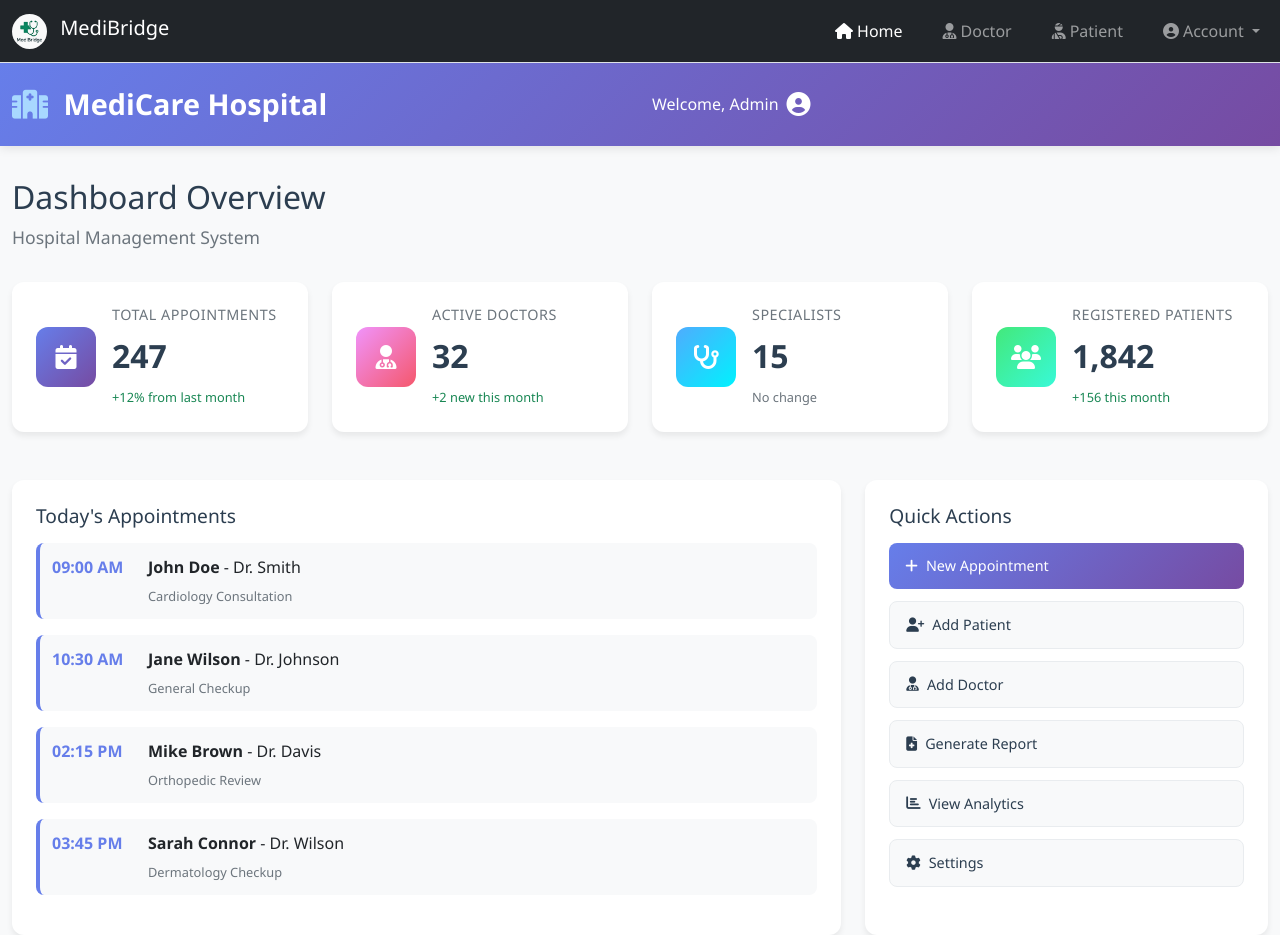
Repository: Abhinavan2004/MediBridge-hms
Page: http://localhost/Hospital_Management_System/admin/index.jsp
The author's editor kept a copy of each file at every save. The page is drawn from the files as they stood at one save, then again after the next save.
The browser window is 1280 px wide. The pictures show the whole page.
The page is served by Tomcat 9. Nobody is signed in. The application's start-up code is not run. Other server files are loaded and not shown.

Above is the page before, as saved 2025-07-20 21:08:33.

### Hospital_Management_System/src/main/webapp/admin/index.jsp
<%@ page language="java" contentType="text/html; charset=UTF-8"
    pageEncoding="UTF-8"%>
<!DOCTYPE html>
<html>
<head>
<meta charset="UTF-8">
<title>Insert title here</title>
</head>
<body>
<%@ include file="navbar.jsp" %>

    <style>
        body {
            background-color: #f8f9fa;
            font-family: 'Segoe UI', Tahoma, Geneva, Verdana, sans-serif;
        }

        .dashboard-header {
            background: linear-gradient(135deg, #667eea 0%, #764ba2 100%);
            color: white;
            padding: 1.5rem 0;
            box-shadow: 0 2px 10px rgba(0,0,0,0.1);
        }

        .dashboard-header h1 {
            font-size: 1.8rem;
            font-weight: 600;
            margin: 0;
        }

        .dashboard-header .fa-hospital {
            color: #a8d8ff;
            margin-right: 0.5rem;
        }

        .user-info {
            display: flex;
            align-items: center;
            gap: 0.5rem;
        }

        .user-info .fa-user-circle {
            font-size: 1.5rem;
        }

        .dashboard-title {
            margin-bottom: 2rem;
            margin-top: 2rem;
        }

        .dashboard-title h2 {
            color: #2c3e50;
            font-size: 2rem;
            margin-bottom: 0.5rem;
        }

        .dashboard-title p {
            color: #6c757d;
            font-size: 1.1rem;
        }

        .stat-card {
            background: white;
            border-radius: 12px;
            padding: 1.5rem;
            box-shadow: 0 4px 6px rgba(0,0,0,0.07);
            border: none;
            transition: transform 0.2s ease, box-shadow 0.2s ease;
            height: 100%;
        }

        .stat-card:hover {
            transform: translateY(-2px);
            box-shadow: 0 8px 15px rgba(0,0,0,0.1);
        }

        .stat-card-content {
            display: flex;
            align-items: center;
            gap: 1rem;
        }

        .stat-icon {
            width: 60px;
            height: 60px;
            border-radius: 12px;
            display: flex;
            align-items: center;
            justify-content: center;
            font-size: 1.5rem;
            color: white;
        }

        .appointments .stat-icon {
            background: linear-gradient(135deg, #667eea, #764ba2);
        }

        .doctors .stat-icon {
            background: linear-gradient(135deg, #f093fb, #f5576c);
        }

        .specialists .stat-icon {
            background: linear-gradient(135deg, #4facfe, #00f2fe);
        }

        .patients .stat-icon {
            background: linear-gradient(135deg, #43e97b, #38f9d7);
        }

        .stat-info h3 {
            font-size: 0.9rem;
            color: #6c757d;
            margin-bottom: 0.5rem;
            font-weight: 500;
            text-transform: uppercase;
            letter-spacing: 0.5px;
        }

        .stat-number {
            font-size: 2rem;
            font-weight: bold;
            color: #2c3e50;
            margin-bottom: 0.3rem;
        }

        .stat-change {
            font-size: 0.8rem;
            font-weight: 500;
        }

        .stat-change.positive {
            color: #198754;
        }

        .stat-change.negative {
            color: #dc3545;
        }

        .stat-change.neutral {
            color: #6c757d;
        }

        .dashboard-section {
            background: white;
            border-radius: 12px;
            padding: 1.5rem;
            box-shadow: 0 4px 6px rgba(0,0,0,0.07);
            height: 100%;
        }

        .dashboard-section h3 {
            color: #2c3e50;
            margin-bottom: 1rem;
            font-size: 1.2rem;
        }

        .appointment-item {
            display: flex;
            gap: 1rem;
            padding: 0.75rem;
            background: #f8f9fa;
            border-radius: 8px;
            border-left: 4px solid #667eea;
            margin-bottom: 1rem;
        }

        .appointment-time {
            font-weight: bold;
            color: #667eea;
            min-width: 80px;
        }

        .appointment-details p {
            margin-bottom: 0.25rem;
        }

        .appointment-details small {
            color: #6c757d;
        }

        .action-btn {
            display: flex;
            align-items: center;
            gap: 0.5rem;
            padding: 0.75rem 1rem;
            border: none;
            border-radius: 8px;
            cursor: pointer;
            font-size: 0.9rem;
            font-weight: 500;
            transition: all 0.2s ease;
            width: 100%;
            text-align: left;
            margin-bottom: 0.75rem;
        }

        .action-btn.primary {
            background: linear-gradient(135deg, #667eea, #764ba2);
            color: white;
        }

        .action-btn.primary:hover {
            transform: translateY(-1px);
            box-shadow: 0 4px 8px rgba(102, 126, 234, 0.3);
            color: white;
        }

        .action-btn.secondary {
            background: #f8f9fa;
            color: #2c3e50;
            border: 1px solid #e9ecef;
        }

        .action-btn.secondary:hover {
            background: #e9ecef;
            transform: translateY(-1px);
            color: #2c3e50;
        }

        @media (max-width: 768px) {
            .dashboard-title h2 {
                font-size: 1.5rem;
            }

            .stat-number {
                font-size: 1.5rem;
            }

            .appointment-item {
                flex-direction: column;
                gap: 0.5rem;
            }

            .appointment-time {
                min-width: auto;
            }
        }

        @media (max-width: 576px) {
            .stat-card-content {
                flex-direction: column;
                text-align: center;
            }
        }
    </style>
</head>
<body>
    <!-- Header -->
    <header class="dashboard-header">
        <div class="container">
            <div class="row align-items-center">
                <div class="col-md-6">
                    <h1><i class="fas fa-hospital"></i> MediCare Hospital</h1>
                </div>
                <div class="col-md-6 text-md-end">
                    <div class="user-info">
                        <span>Welcome, Admin</span>
                        <i class="fas fa-user-circle"></i>
                    </div>
                </div>
            </div>
        </div>
    </header>

    <!-- Main Dashboard Content -->
    <div class="container">
        <!-- Dashboard Title -->
        <div class="dashboard-title">
            <h2>Dashboard Overview</h2>
            <p>Hospital Management System</p>
        </div>

        <!-- Stats Cards -->
        <div class="row g-4 mb-5">
            <div class="col-xl-3 col-lg-6 col-md-6">
                <div class="card stat-card appointments">
                    <div class="card-body p-0">
                        <div class="stat-card-content">
                            <div class="stat-icon">
                                <i class="fas fa-calendar-check"></i>
                            </div>
                            <div class="stat-info">
                                <h3>Total Appointments</h3>
                                <p class="stat-number">247</p>
                                <span class="stat-change positive">+12% from last month</span>
                            </div>
                        </div>
                    </div>
                </div>
            </div>

            <div class="col-xl-3 col-lg-6 col-md-6">
                <div class="card stat-card doctors">
                    <div class="card-body p-0">
                        <div class="stat-card-content">
                            <div class="stat-icon">
                                <i class="fas fa-user-md"></i>
                            </div>
                            <div class="stat-info">
                                <h3>Active Doctors</h3>
                                <p class="stat-number">32</p>
                                <span class="stat-change positive">+2 new this month</span>
                            </div>
                        </div>
                    </div>
                </div>
            </div>

            <div class="col-xl-3 col-lg-6 col-md-6">
                <div class="card stat-card specialists">
                    <div class="card-body p-0">
                        <div class="stat-card-content">
                            <div class="stat-icon">
                                <i class="fas fa-stethoscope"></i>
                            </div>
                            <div class="stat-info">
                                <h3>Specialists</h3>
                                <p class="stat-number">15</p>
                                <span class="stat-change neutral">No change</span>
                            </div>
                        </div>
                    </div>
                </div>
            </div>

            <div class="col-xl-3 col-lg-6 col-md-6">
                <div class="card stat-card patients">
                    <div class="card-body p-0">
                        <div class="stat-card-content">
                            <div class="stat-icon">
                                <i class="fas fa-users"></i>
                            </div>
                            <div class="stat-info">
                                <h3>Registered Patients</h3>
                                <p class="stat-number">1,842</p>
                                <span class="stat-change positive">+156 this month</span>
                            </div>
                        </div>
                    </div>
                </div>
            </div>
        </div>

        <!-- Additional Dashboard Elements -->
        <div class="row g-4">
            <div class="col-lg-8">
                <div class="dashboard-section">
                    <h3>Today's Appointments</h3>
                    <div class="appointment-list">
                        <div class="appointment-item">
                            <div class="appointment-time">09:00 AM</div>
                            <div class="appointment-details">
                                <p><strong>John Doe</strong> - Dr. Smith</p>
                                <small>Cardiology Consultation</small>
                            </div>
                        </div>
                        <div class="appointment-item">
                            <div class="appointment-time">10:30 AM</div>
                            <div class="appointment-details">
                                <p><strong>Jane Wilson</strong> - Dr. Johnson</p>
                                <small>General Checkup</small>
                            </div>
                        </div>
                        <div class="appointment-item">
                            <div class="appointment-time">02:15 PM</div>
                            <div class="appointment-details">
                                <p><strong>Mike Brown</strong> - Dr. Davis</p>
                                <small>Orthopedic Review</small>
                            </div>
                        </div>
                        <div class="appointment-item">
                            <div class="appointment-time">03:45 PM</div>
                            <div class="appointment-details">
                                <p><strong>Sarah Connor</strong> - Dr. Wilson</p>
                                <small>Dermatology Checkup</small>
                            </div>
                        </div>
                    </div>
                </div>
            </div>

            <div class="col-lg-4">
                <div class="dashboard-section">
                    <h3>Quick Actions</h3>
                    <div class="quick-actions">
                        <button class="btn action-btn primary">
                            <i class="fas fa-plus"></i>
                            New Appointment
                        </button>
                        <button class="btn action-btn secondary">
                            <i class="fas fa-user-plus"></i>
                            Add Patient
                        </button>
                        <button class="btn action-btn secondary">
                            <i class="fas fa-user-md"></i>
                            Add Doctor
                        </button>
                        <button class="btn action-btn secondary">
                            <i class="fas fa-file-medical"></i>
                            Generate Report
                        </button>
                        <button class="btn action-btn secondary">
                            <i class="fas fa-chart-bar"></i>
                            View Analytics
                        </button>
                        <button class="btn action-btn secondary">
                            <i class="fas fa-cog"></i>
                            Settings
                        </button>
                    </div>
                </div>
            </div>
        </div>
    </div>



</html>

### Hospital_Management_System/src/main/webapp/admin/navbar.jsp
<!DOCTYPE html>
<html lang="en">
<head>
<meta charset="UTF-8">
<meta name="viewport" content="width=device-width, initial-scale=1.0">
<title>MediBridge :Administrator</title>
<!-- Include CDN links from external file -->
<%@ include file="../components/cdn-links.jsp" %>
</head>
<body>

<nav class="navbar navbar-expand-lg navbar-dark bg-dark border-bottom">
<div class="container-fluid">
<a class="navbar-brand" href="index.jsp">
<img src="../assets/logo.png" alt="Logo" width="35" height="40" class="d-inline-block align-text-top me-2 rounded-circle"
onerror="this.style.display='none'">
MediBridge
</a>

<!-- Navbar toggler  for mobile -->
<button class="navbar-toggler" type="button" data-bs-toggle="collapse" data-bs-target="#navbarNavDropdown" aria-controls="navbarNavDropdown" aria-expanded="false" aria-label="Toggle navigation">
<span class="navbar-toggler-icon"></span>
</button>

<div class="collapse navbar-collapse" id="navbarNavDropdown">
<ul class="navbar-nav ms-auto">
<li class="nav-item me-4">
<a class="nav-link active" aria-current="page" href="../index.jsp">
<i class="fa-solid fa-home me-1"></i>Home
</a>
</li>
<li class="nav-item me-4">
<a class="nav-link" href="#">
<i class="fa-solid fa-user-doctor me-1"></i>Doctor
</a>
</li>
<li class="nav-item me-4">
<a class="nav-link" href="#">
<i class="fa-solid fa-user-injured me-1"></i>Patient
</a>
</li>
<li class="nav-item dropdown">
<a class="nav-link dropdown-toggle" href="#" id="navbarDropdownMenuLink" role="button" data-bs-toggle="dropdown" aria-expanded="false">
<i class="fa-solid fa-user-circle me-1"></i>Account
</a>
<ul class="dropdown-menu dropdown-menu-end" aria-labelledby="navbarDropdownMenuLink">
<li><a class="dropdown-item" href="profile.jsp">
<i class="fa-solid fa-user me-2"></i>Profile
</a></li>
<li><hr class="dropdown-divider"></li>
<li><a class="dropdown-item" href="logout.jsp">
<i class="fa-solid fa-sign-out-alt me-2"></i>Logout
</a></li>
</ul>
</li>
</ul>
</div>
</div>
</nav>

<!-- Scripts are included in CDN file -->
</body>
</html>

### Hospital_Management_System/src/main/webapp/components/cdn-links.jsp
<!-- CDN Links File - Include this in your HTML files -->

<!-- Bootstrap CSS -->
<link href="https://cdn.jsdelivr.net/npm/bootstrap@5.3.0/dist/css/bootstrap.min.css" rel="stylesheet">

<!-- Tailwind CSS -->
<link href="https://cdn.jsdelivr.net/npm/tailwindcss@2.2.19/dist/tailwind.min.css" rel="stylesheet">

<!-- Font Awesome -->
<link rel="stylesheet" href="https://cdnjs.cloudflare.com/ajax/libs/font-awesome/6.4.0/css/all.min.css">

<!-- Bootstrap JS -->
<script src="https://cdn.jsdelivr.net/npm/bootstrap@5.3.0/dist/js/bootstrap.bundle.min.js"></script>

<!-- jQuery (optional, if needed) -->
<script src="https://cdnjs.cloudflare.com/ajax/libs/jquery/3.7.0/jquery.min.js"></script>

<!-- Popper.js (optional, if using Bootstrap tooltips/popovers separately) -->
<script src="https://cdnjs.cloudflare.com/ajax/libs/popper.js/2.11.8/umd/popper.min.js"></script>

After the next save:
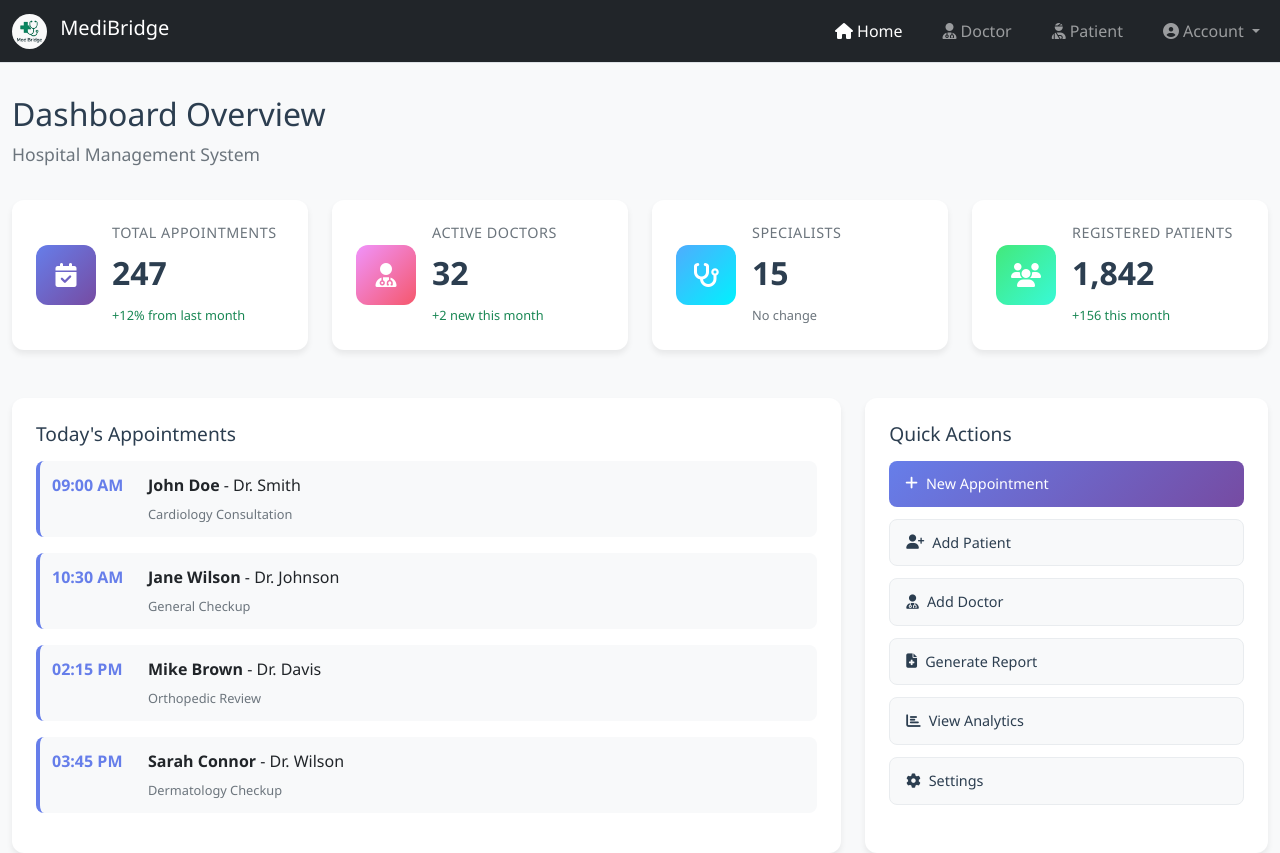
Saved 102 s later.
--- a/Hospital_Management_System/src/main/webapp/admin/index.jsp
+++ b/Hospital_Management_System/src/main/webapp/admin/index.jsp
@@ -245,22 +245,6 @@
     </style>
 </head>
 <body>
-    <!-- Header -->
-    <header class="dashboard-header">
-        <div class="container">
-            <div class="row align-items-center">
-                <div class="col-md-6">
-                    <h1><i class="fas fa-hospital"></i> MediCare Hospital</h1>
-                </div>
-                <div class="col-md-6 text-md-end">
-                    <div class="user-info">
-                        <span>Welcome, Admin</span>
-                        <i class="fas fa-user-circle"></i>
-                    </div>
-                </div>
-            </div>
-        </div>
-    </header>
 
     <!-- Main Dashboard Content -->
     <div class="container">
